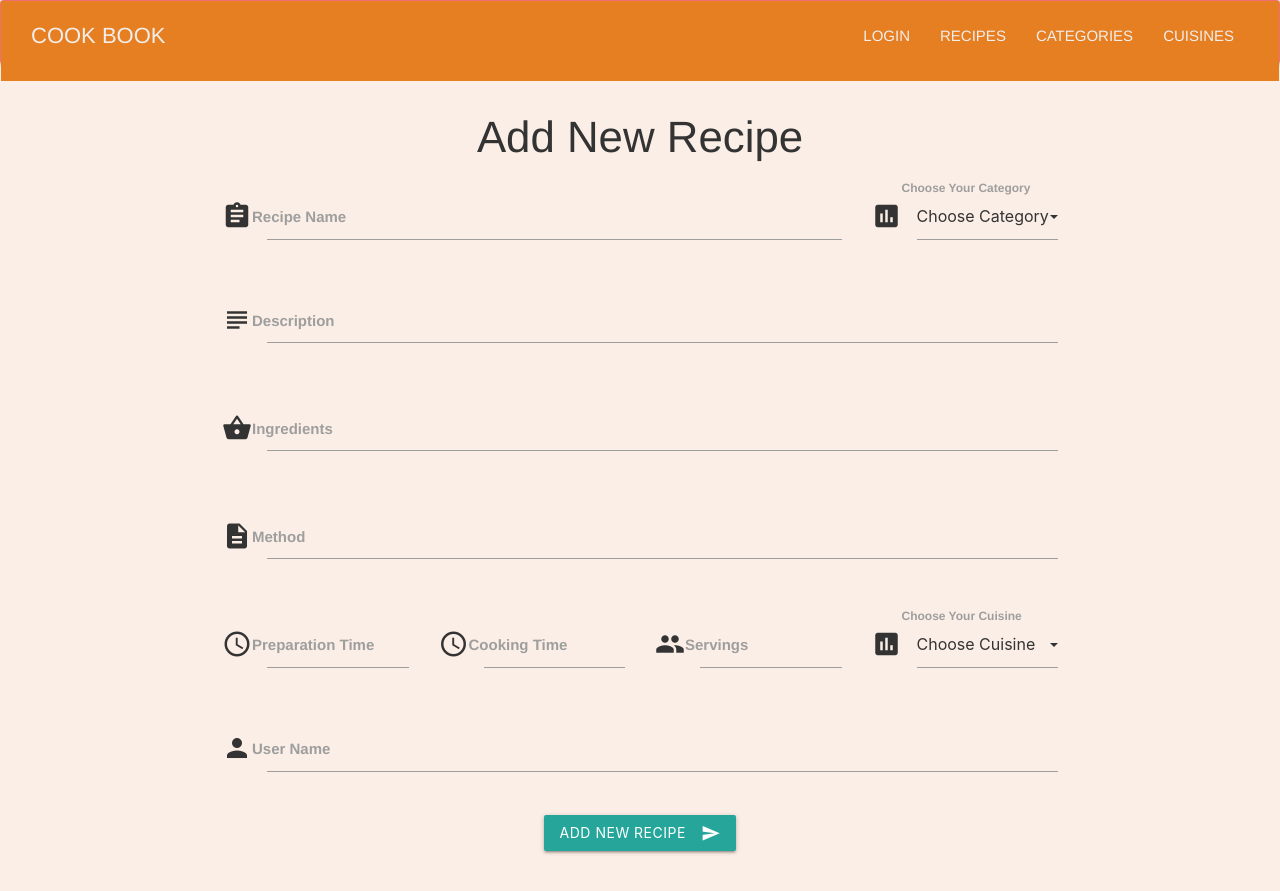
Repository: atena123/COOK-BOOK
Page: http://localhost/add_recipe
The author's editor kept a record of every edit. The page is drawn from the files as they stood at one moment, then again after the next edit.
The browser window is 1280 px wide. The pictures show the whole page.
Some web libraries are served in a nearby version. The page is served by the project's application, run on Flask 3 (app.py). Queries for data that is not in the repository find no rows.

Above is the page before.

After the next edit:
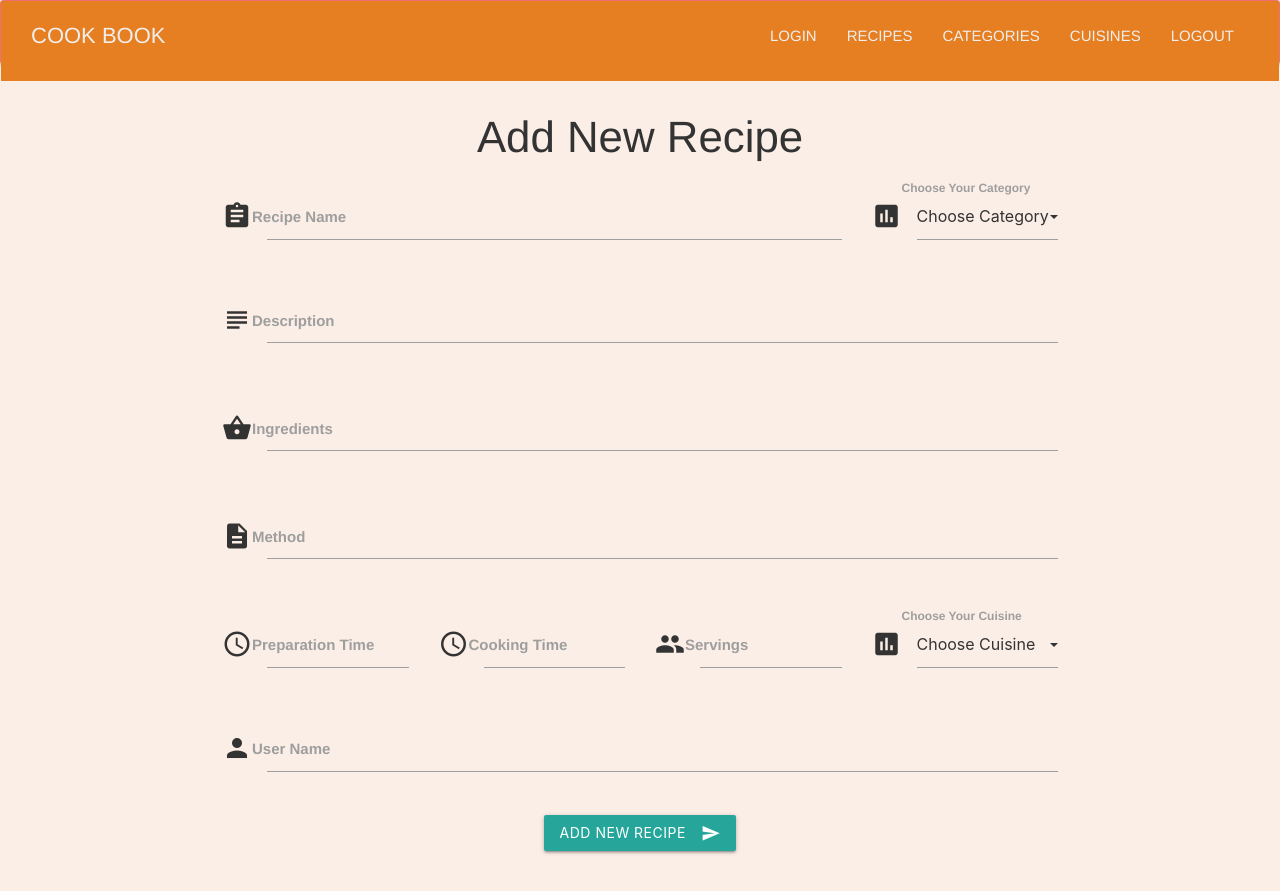
The edit:
--- a/templates/base.html
+++ b/templates/base.html
@@ -30,6 +30,7 @@
                                 <li><a href="{{url_for('find_recipes')}}">RECIPES</a></li>
                                 <li><a href="{{url_for('find_categories')}}">CATEGORIES</a></li>
                                 <li><a href="{{url_for('find_cuisines')}}">CUISINES</a></li>
+                                <li><a href="">LOGOUT</a></li>
                             </ul>
                         </div>
                     </div>
